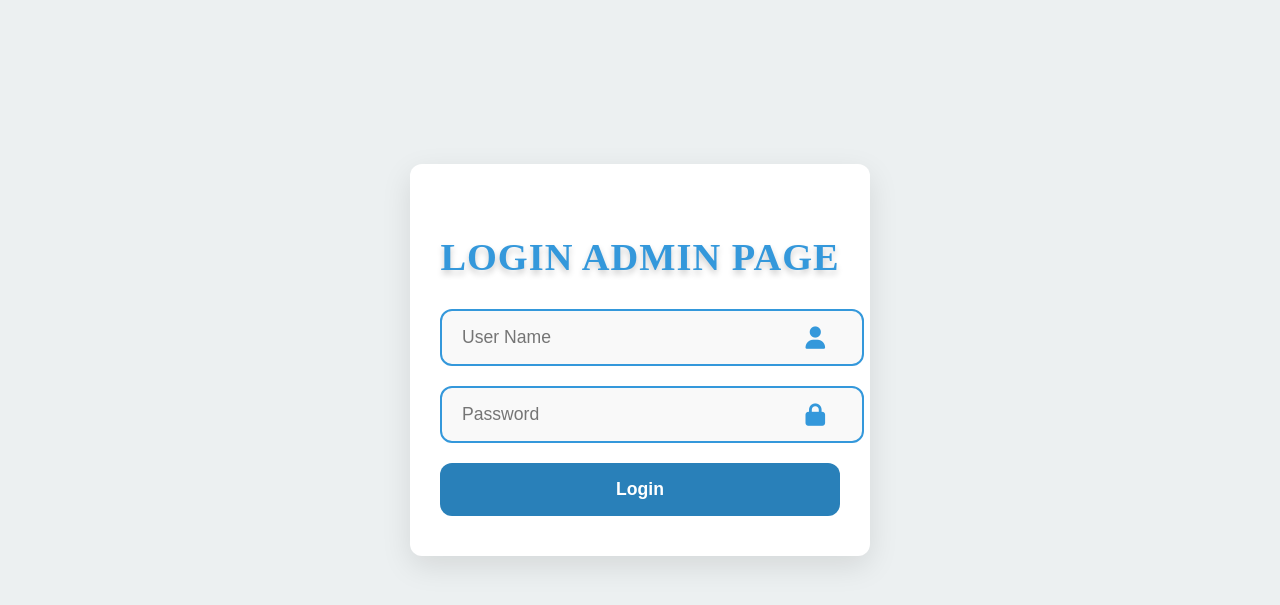
Repository: sadeq2003/library-project-uom
Page: http://localhost/login.php
An editor plug-in stored every save of this project. The page is shown before and after the next save, followed by the edit.
The browser window is 1280 px wide. The pictures show the whole page.
The page is run by PHP 8.4 with error messages shown; the project is at /var/www/html/.

Above is the page before, as saved 2025-02-01 17:49:01.

After the next save:
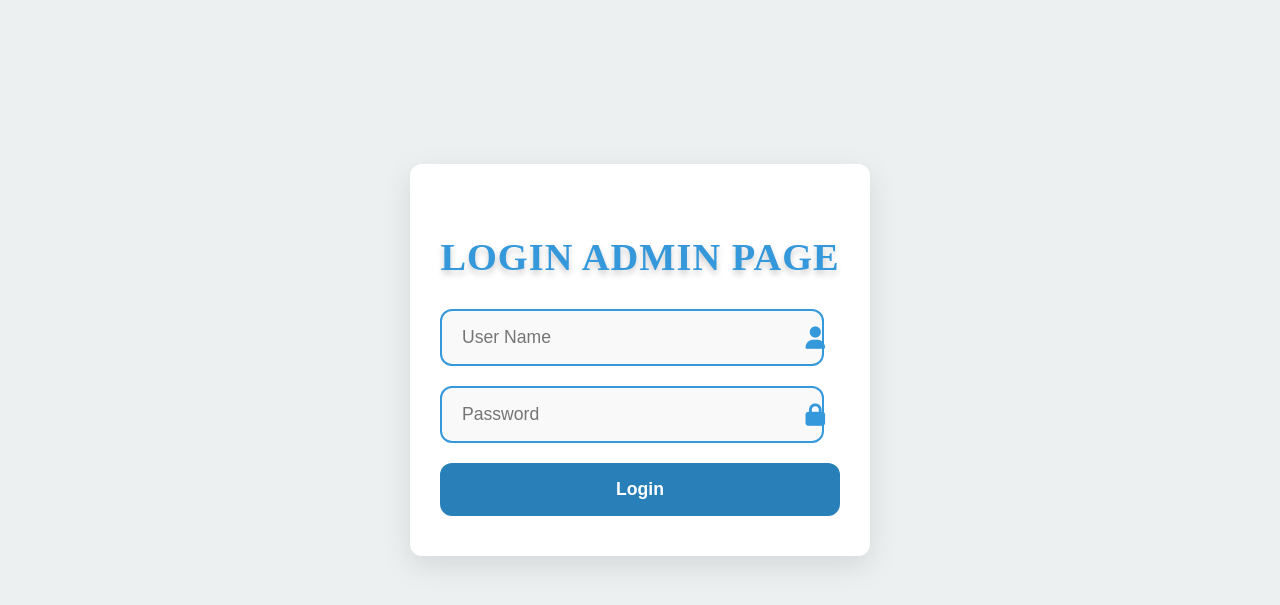
Saved 8 s later.
--- a/login_style.css
+++ b/login_style.css
@@ -53,7 +53,7 @@ h1 {
 }
 
 .input-box input {
-    width: 90%;
+    width: 80%;
     padding: 16px 40px 16px 20px; /* إضافة مسافة للأيقونة */
     font-size: 1.1em;
     border: 2px solid var(--primary-color);
